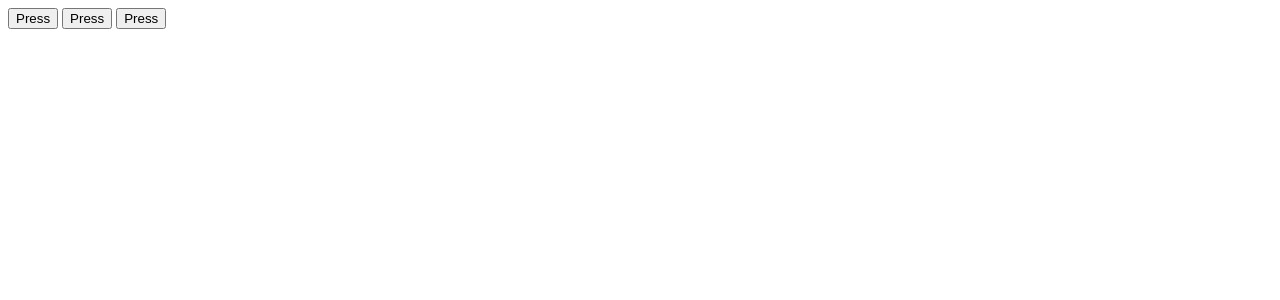
Repository: VikaChyhrynets/javascript
Page: index.html
The author's editor kept a copy of each file at every save. The page is drawn from the files as they stood at one save, then again after the next save.
The browser window is 1280 px wide. The pictures show the whole page.

Above is the page before, as saved 2023-07-19 10:04:50.

After the next save:
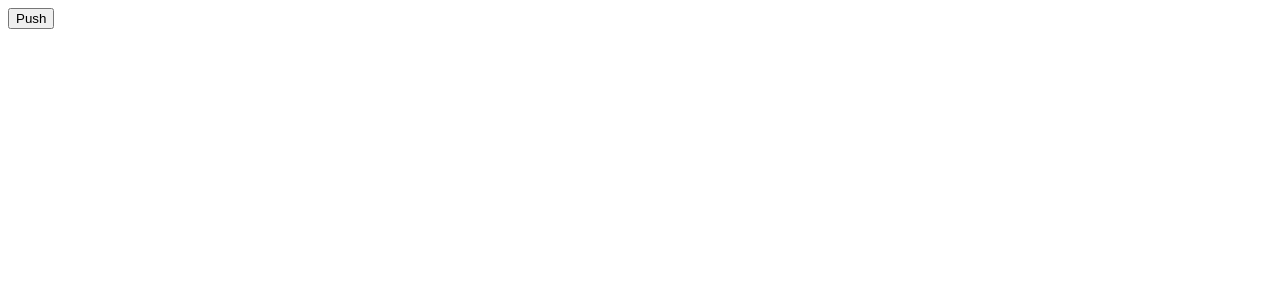
Saved 43 s later.
--- a/index.html
+++ b/index.html
@@ -8,9 +8,7 @@
 </head>
 <body>
     <div id="buttons">
-        <button class="buttonClass">Press</button>
-        <button class="buttonClass">Press</button>
-        <button class="buttonClass">Press</button>
+        <button class="buttonClass">Push</button>
         </div>
     <script src="classList/script.js"></script>
 </body>

After the 4 saves that followed:
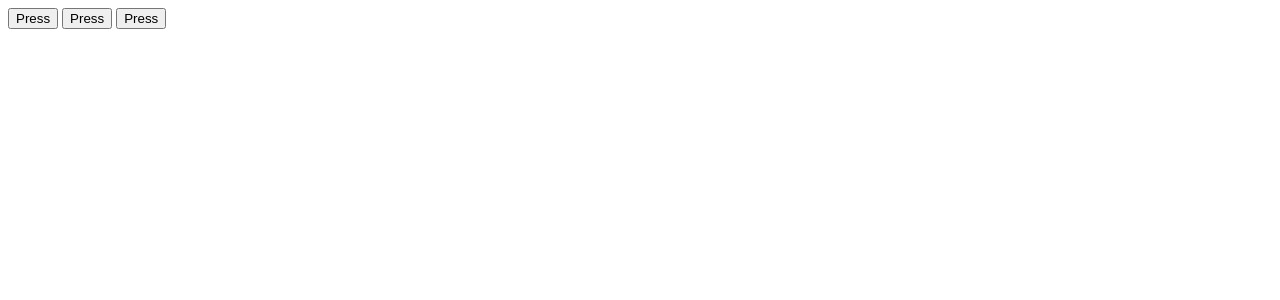
The 4 saves are shown as one change because 3 left the picture as it was.
The last was saved 3 min 9 s later.
--- a/index.html
+++ b/index.html
@@ -8,7 +8,9 @@
 </head>
 <body>
     <div id="buttons">
-        <button class="buttonClass">Push</button>
+        <button class="buttonClass">Press</button>
+        <button class="buttonClass">Press</button>
+        <button class="buttonClass">Press</button>
         </div>
     <script src="classList/script.js"></script>
 </body>
--- a/classList/script.js
+++ b/classList/script.js
@@ -19,3 +19,12 @@
     button.addEventListener('click', ()=> console.log('Clicked!!!'));
 }
 */
+
+/*
+<div id="buttons">
+        <button class="buttonClass">Push</button>
+        </div>
+        */
+       document.body.addEventListener('click', ()=> {
+        console.log('Body click event in capture phase');
+       }, true);
